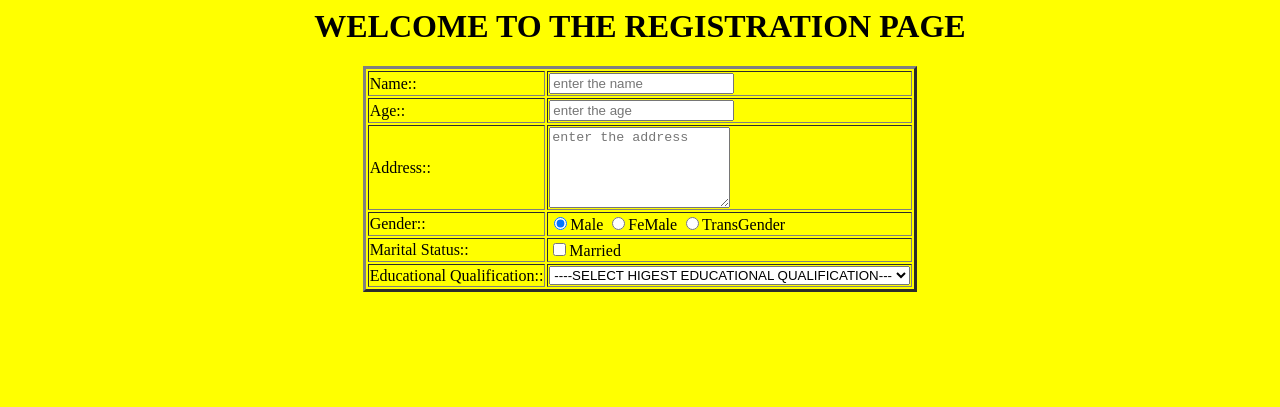
Repository: shivaramkrishna53/SERVLET_PROJECTS
Page: proj12-WorkingWithDifferentFormComponents-RegistrationApp/WebContent/input.html
These files come from the project's save history. The page is drawn as it stood at one moment and after the next save; the edit follows.
The browser window is 1280 px wide. The pictures show the whole page.

Above is the page before, as saved 2021-01-12 14:35:43.

After the next save:
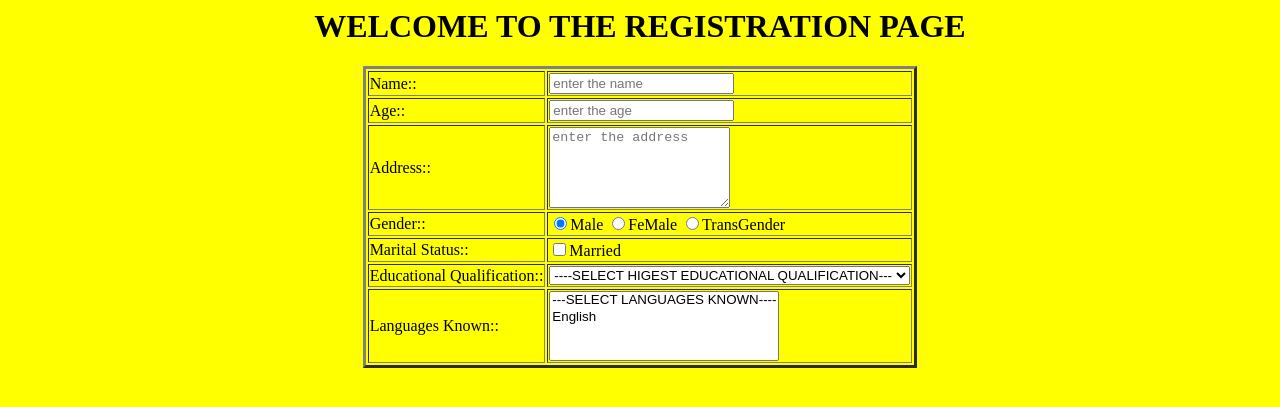
Saved 3 min 47 s later.
--- a/proj12-WorkingWithDifferentFormComponents-RegistrationApp/WebContent/input.html
+++ b/proj12-WorkingWithDifferentFormComponents-RegistrationApp/WebContent/input.html
@@ -53,6 +53,15 @@ Educational Qualification::
 </select>
 </td>
 </tr>
+<tr>
+<td>Languages Known::</td>
+<td>
+<select name="languages" multiple="5">
+<option>---SELECT LANGUAGES KNOWN----</option>
+<option value="english">English</option>
+</select>
+</td>
+</tr>
 </table>
 </form>
 </center>
